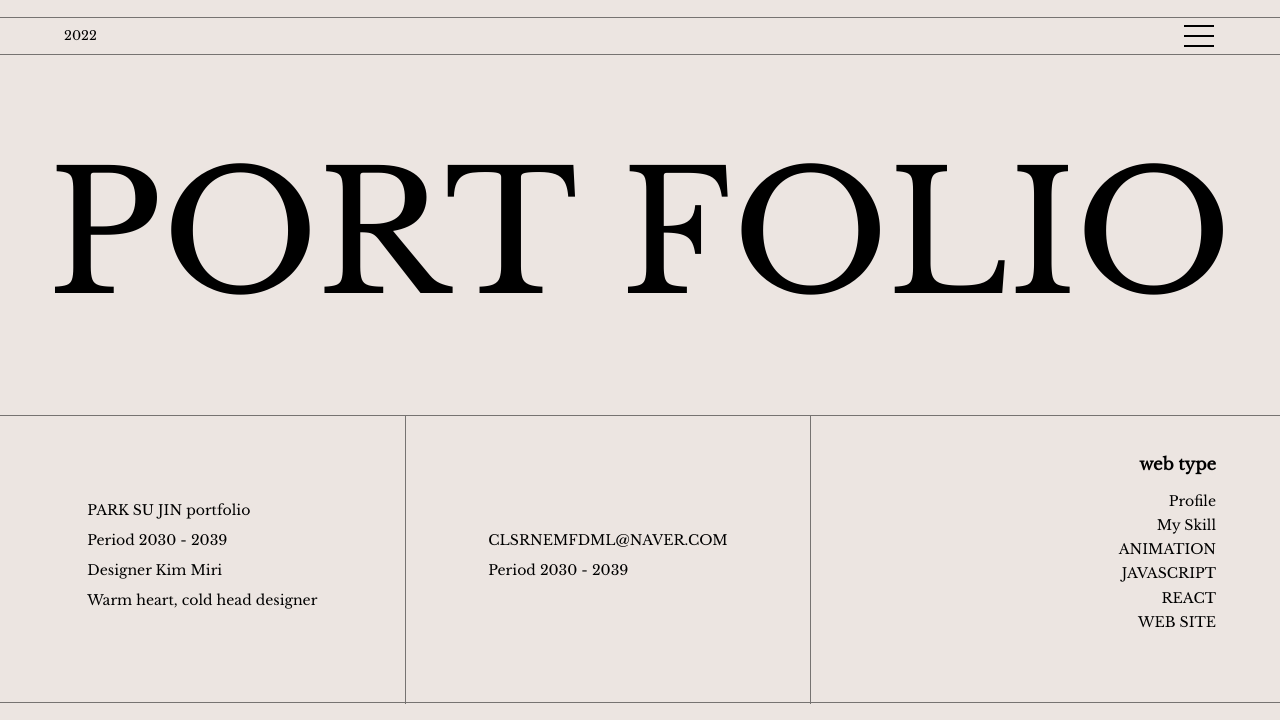
Repository: clsrnemfdml/portfolio_parksj_versiton1
Page: index.html
These files come from the project's save history. The page is drawn as it stood at one moment and after the next save; the edit follows.
The browser window is 1280 px wide. The pictures show the whole page.

Above is the page before, as saved 2021-09-07 07:38:53.

### index.html
<!DOCTYPE html>
<html lang="en">
<head>
    <meta charset="UTF-8">
    <meta http-equiv="X-UA-Compatible" content="IE=edge">
    <meta name="viewport" content="width=device-width, initial-scale=1.0">
    <title>parkjs portfolio</title>
    <meta name="descripsion" content="박수진의 포트폴리오 입니다.">
    <link rel="stylesheet" href="css/reset.css">
    <link rel="stylesheet" href="css/index.css">
    <style> @import url('https://fonts.googleapis.com/css2?family=Libre+Baskerville&display=swap');</style>
    <script src="js/index.js"></script>

</head>
<body>
    <div id="wrap">
        <section id="section1">
            <div class="wrap_portFolio">
                <div class="menu">
                    <p>2022</p>
                    <span>
                    </span>
                </div>
                <div class="content">
                    <h6>PORT FOLIO</h6>
                </div>
                <div class="content_bottom">
                    <div class="rsum1">
                        <p>PARK SU JIN portfolio<br>
                        Period  2030 - 2039<br>
                        Designer   Kim Miri<br>
                        Warm heart, cold head designer</p>
                    </div>
                    <div class="rsum2">
                        <p>CLSRNEMFDML@NAVER.COM<br>
                        Period  2030 - 2039</p>
                    </div>
                    <div class="rsum3">
                        <p class="fitst_write">web type</p>
                        <p>Profile</p>
                        <p>My Skill</p>
                        <p>ANIMATION</p>
                        <p>JAVASCRIPT</p>
                        <p>REACT</p>
                        <p>WEB SITE</p>

                    </div>
                </div>
            </div>

        </section>
    </div>

</body>
</html>

### css/index.css


#wrap{width: 100%; height: auto;}




/*section1 */
#wrap #section1{height: 100vh; width: 100%; background: #ECE5E1;
    font-family: 'Libre Baskerville', serif; position: relative;}

#wrap #section1 .wrap_portFolio{
    width: 100%;
    height: 95vh;
    position: absolute;
    top: 50%;
    transform: translateY(-50%);
    border-bottom: 1px solid #767371;
    border-top: 1px solid #767371;
}

#wrap #section1 .menu{
    width: 100%;
    height: 5vh;
    border-bottom: 1px solid #767371;
    position: relative;
    font-size: 1vw;

}
#wrap #section1 .menu p{
    padding-left: 5%;
    position: absolute;
    top: 50%;
    transform: translateY(-50%);
}
#wrap #section1 .menu span{
    display: block;
    position: absolute;
    right: 4%;
    top: 50%;
    transform: translate(-50%, -50%);
    width: 30px;
    height: 2px;
    background: rgb(0, 0, 0);
    float: right;
}
    #wrap #section1 .menu span::before{
    content: '';
    width: 30px;
    height: 2px;
    background: rgb(0, 0, 0);
    position: absolute;
    left: 0;
    bottom: 10px;
    transform: rotate(0deg);
    transition-duration: .3s;
}
    #wrap #section1 .menu span::after{
        content: '';
        width: 30px;
        height: 2px;
        background: rgb(0, 0, 0);
        position: absolute;
        left: 0;
        top: 10px;
        transform: rotate(0deg);
        transition-duration: .3s;
    }

    #wrap #section1 .content{
        height: 50vh;
        position: relative;
        width: 100%;
        font-size: 13vw;
        text-align: center;
        border-bottom: 1px solid #767371;


    }
    #wrap #section1 .content h6{
        position: absolute;
        width: 100%;
        top: 50%;
        left: 50%;
        transform: translate(-50% , -50%);
        font-weight: 300;
    }

    #wrap #section1 .content_bottom{
        width: 100%;
        height: 40vh;
        position: absolute;
        display: flex;
    }


    #wrap #section1 .content_bottom > div{
        width: 33.333%;
        height: auto;
        font-size: 1.1vw;





    }
    #wrap #section1 .content_bottom > div p{
        padding-bottom: 10px;
    }

    #wrap #section1 .content_bottom .rsum1{
        border-right: 1px solid #767371;
        display: flex;
        justify-content: center;
        align-items: center;
        line-height: 30px;


    }
    #wrap #section1 .content_bottom .rsum2{
        border-right: 1px solid #767371;
        display: flex;
        justify-content: center;
        align-items: center;
        line-height: 30px;
    }

    #wrap #section1 .content_bottom .rsum3{
    padding-right: 5%;
    padding-top: 40px;
    }

    #wrap #section1 .content_bottom .rsum3 p{
        text-align: right;
    }
    #wrap #section1 .content_bottom .rsum3 .fitst_write{
        font-weight: bold;
        font-size: 1.3vw;
        padding-bottom: 3vh;
    }

Loaded but not shown: css/reset.css (common file); js/index.js (no stored copy; drawn as an empty file)

After the next save:
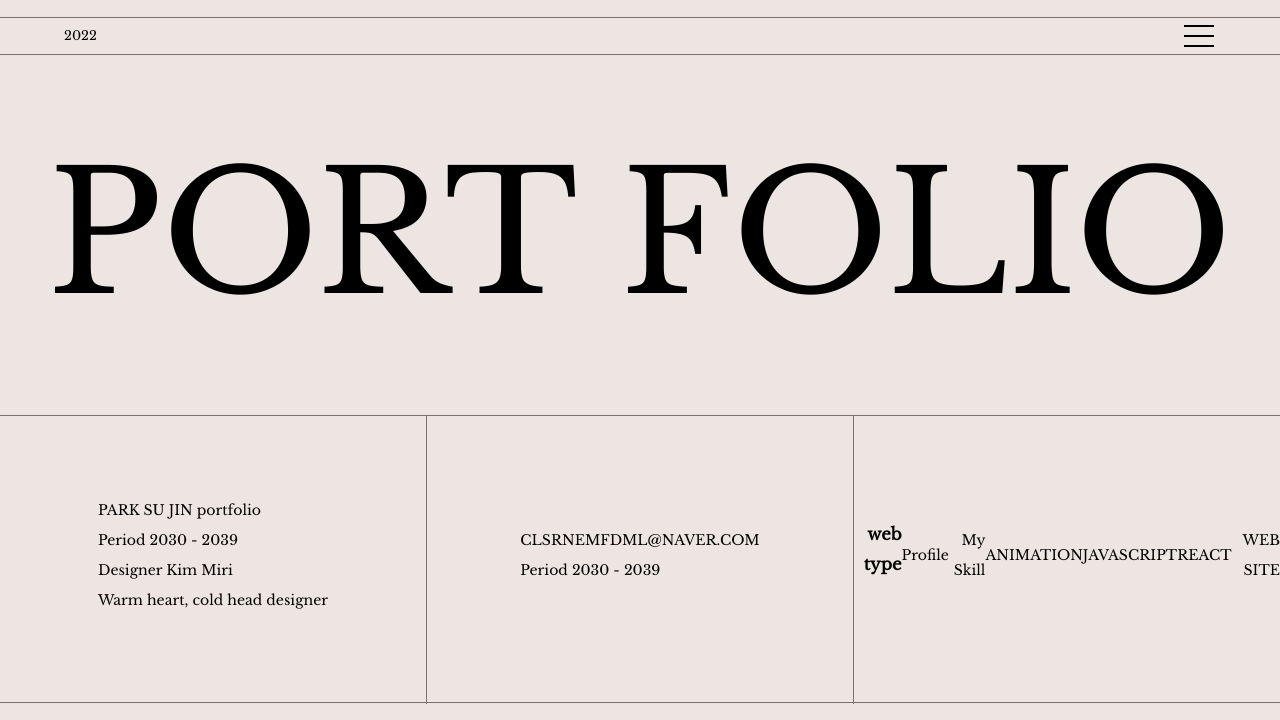
Saved 15 s later.
--- a/css/index.css
+++ b/css/index.css
@@ -126,8 +126,10 @@
     }
 
     #wrap #section1 .content_bottom .rsum3{
-    padding-right: 5%;
-    padding-top: 40px;
+        display: flex;
+        justify-content: center;
+        align-items: center;
+        line-height: 30px;
     }
 
     #wrap #section1 .content_bottom .rsum3 p{
